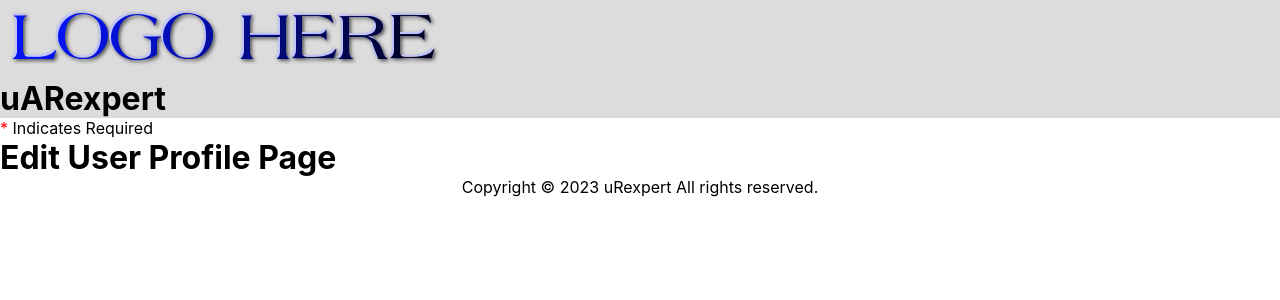
Repository: onionNguyen/Senior-Design-Project
Page: /profile/edit (app in frontend/)
An editor plug-in stored every save of this project. The page is shown before and after the next save, followed by the edit.
The browser window is 1280 px wide. The pictures show the whole page.
The page's requests for data from a server got no answer. The project was rebuilt for these pictures with package versions that can differ from the ones it lists, and the page was loaded fresh each time. No one was signed in, and anything a server would have sent is missing. Also part of the build but not shown: frontend/src/components/form/Input.js, frontend/src/components/pages/edit-user-profile/EditProfile.module.css, frontend/src/components/form/MessageRibbon.js, frontend/src/components/pages/login/Login.module.css, frontend/src/components/pages/login/Login.js, frontend/src/components/sidenav/SideNav.module.css, frontend/src/components/sidenav/SideNav.js, frontend/src/components/pages/home/Home.module.css and 7 more.

Above is the page before, as saved 2023-10-27 00:08:01.

### frontend/src/index.css
* {
  box-sizing: border-box;
  margin: 0;
  padding: 0;
}

body {
  font-family: -apple-system, BlinkMacSystemFont, "Segoe UI", "Roboto", "Oxygen",
    "Ubuntu", "Cantarell", "Fira Sans", "Droid Sans", "Helvetica Neue",
    sans-serif;
  -webkit-font-smoothing: antialiased;
  -moz-osx-font-smoothing: grayscale;
}

code {
  font-family: source-code-pro, Menlo, Monaco, Consolas, "Courier New",
    monospace;
}

### frontend/src/App.js
import { BrowserRouter as Router, Routes, Route } from "react-router-dom";
import EditProfile from "./components/pages/edit-user-profile/EditProfile";
import Login from "./components/pages/login/Login";
import Home from "./components/pages/home/Home";
import Register from "./components/pages/registration/Register";
import { AuthContext } from "./helpers/AuthContext";
import { useState, useEffect } from "react";
import axios from "axios";
import NotFound from "./components/pages/error/NotFound";
import Calendar from "./components/pages/calendar/Calendar";
import RemoteViewing from "./components/pages/remote-viewing/RemoteViewing";

function App() {
  const [authState, setAuthState] = useState({
    id: 0,
    name: "",
    email: "",
    status: false,
  });

  useEffect(() => {
    axios
      .get("http://localhost:5000/auth", {
        headers: {
          accessToken: localStorage.getItem("accessToken"),
        },
      })
      .then((response) => {
        console.log(response.data);
        if (response.data.error) {
          setAuthState({
            ...authState,
            status: false,
          });
        } else {
          setAuthState({
            id: response.data.id,
            name: response.data.name,
            email: response.data.email,
            status: true,
          });
        }
      });
  }, [authState]);

  return (
    <AuthContext.Provider value={{ authState, setAuthState }}>
      <Router>
        <Routes>
          <Route path="/" exact element={<Home />} />
          <Route path="/register" exact element={<Register />} />
          <Route path="/login" exact element={<Login />} />
          <Route path="/profile/edit" exact element={<EditProfile />} />
          <Route path="/calendar" exact element={<Calendar />} />
          <Route path="/remote-viewing" exact element={<RemoteViewing />} />
          <Route path="*" exact element={<NotFound />} />
        </Routes>
      </Router>
    </AuthContext.Provider>
  );
}

export default App;

### frontend/src/components/pages/edit-user-profile/EditProfile.js
import React, { useState } from "react";
import Footer from "../../footer/Footer";
import Header from "../../header/Header";
import Input from "../../form/Input";
import styles from "./EditProfile.module.css";
import IndicatesRequired from "../../form/IndicatesRequired";
import MessageRibbon from "../../form/MessageRibbon";

const EditProfile = () => {
  return (
    <div>
      <Header />
      <IndicatesRequired />
      <h1>Edit User Profile Page</h1>
      <Footer />
    </div>
  );
};

export default EditProfile;

### frontend/src/components/footer/Footer.js
import React from "react";
import styles from "./Footer.module.css";

const Footer = () => {
  return (
    <div className={styles["footer"]}>
      <p>Copyright &copy; 2023 uRexpert All rights reserved.</p>
    </div>
  );
};

export default Footer;

### frontend/src/components/header/Header.js
import React from "react";
import styles from "./Header.module.css";
import mainLogo from "../../assets/logo.png";
import { useContext } from "react";
import { AuthContext } from "../../helpers/AuthContext";
import { useNavigate } from "react-router-dom";

const Header = () => {
  const { authState, setAuthState } = useContext(AuthContext);
  const navigate = useNavigate();

  const logout = () => {
    localStorage.removeItem("accessToken");
    setAuthState({
      id: 0,
      name: "",
      email: "",
      status: false,
    });
    navigate("/login");
  };

  return (
    <div className={styles["header"]}>
      <div className={styles["left-aligned"]}>
        <div id="logo">
          <img src={mainLogo} alt="Logo" />
        </div>
        <h1>uARexpert</h1>
      </div>
      {authState.status && <h2>{authState.name}</h2>}
      {authState.status && <button onClick={logout}>Logout</button>}
    </div>
  );
};

export default Header;

### frontend/src/components/form/IndicatesRequired.js
import React from "react";
import styles from "./Form.module.css";

const IndicatesRequired = () => {
  return (
    <div>
      <span className={styles["required"]}>* </span>
      <span>Indicates Required</span>
    </div>
  );
};

export default IndicatesRequired;

### frontend/src/components/header/Header.module.css
.header {
  text-align: center;
  background-color: gainsboro;
}

.left-aligned {
  text-align: left;
}

### frontend/src/components/form/Form.module.css
.display-block {
  display: block;
}

.required {
  color: red;
}

Loaded but not shown: frontend/public/index.html (common file); frontend/src/index.js (common file); frontend/src/reportWebVitals.js (common file); frontend/src/helpers/AuthContext.js (common file); frontend/src/components/footer/Footer.module.css (common file)

After the next save:
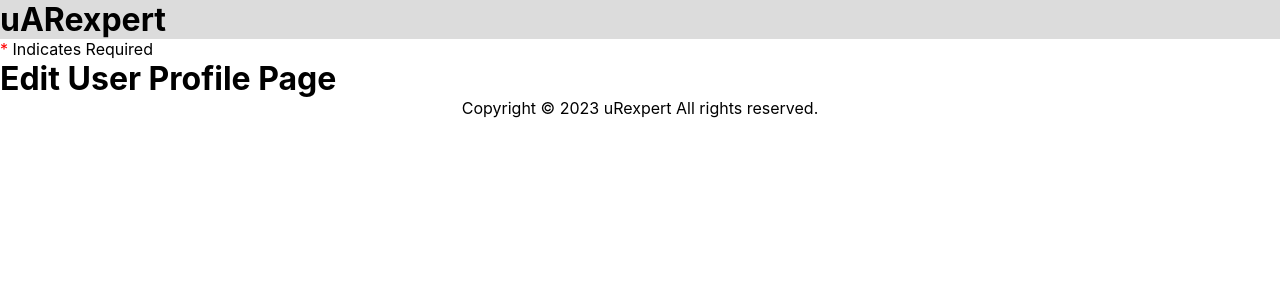
Saved 15 s later.
--- a/frontend/src/components/header/Header.js
+++ b/frontend/src/components/header/Header.js
@@ -23,9 +23,9 @@
   return (
     <div className={styles["header"]}>
       <div className={styles["left-aligned"]}>
-        <div id="logo">
+        {/* <div id="logo">
           <img src={mainLogo} alt="Logo" />
-        </div>
+        </div> */}
         <h1>uARexpert</h1>
       </div>
       {authState.status && <h2>{authState.name}</h2>}

After the save that followed:
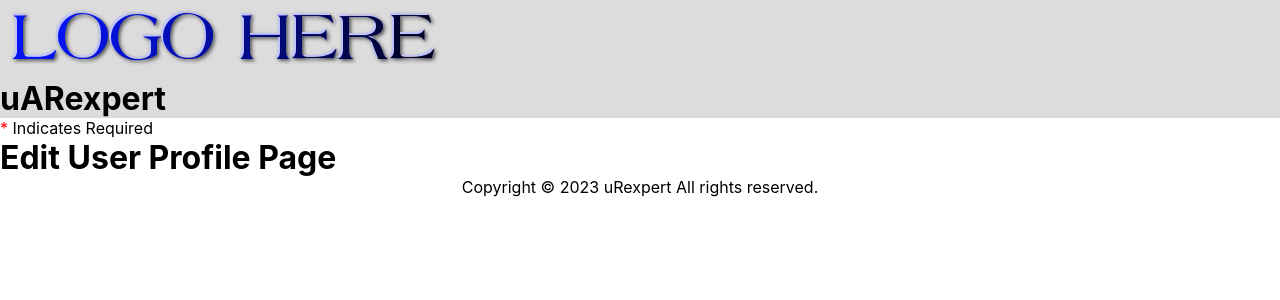
Saved 9 s later.
--- a/frontend/src/components/header/Header.js
+++ b/frontend/src/components/header/Header.js
@@ -23,9 +23,9 @@
   return (
     <div className={styles["header"]}>
       <div className={styles["left-aligned"]}>
-        {/* <div id="logo">
+        <div id="logo">
           <img src={mainLogo} alt="Logo" />
-        </div> */}
+        </div>
         <h1>uARexpert</h1>
       </div>
       {authState.status && <h2>{authState.name}</h2>}
